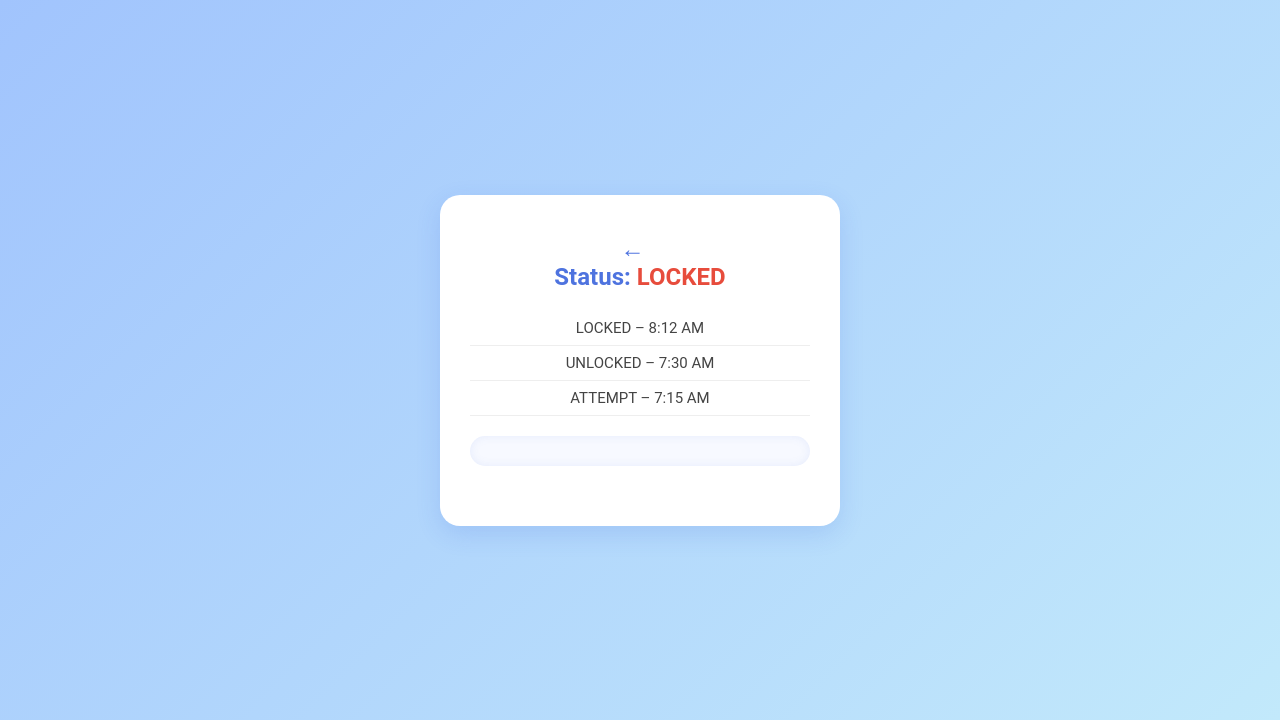
Repository: chaalim/smartlockerapp
Page: smart-locker-app/locker-status.html
The author's editor kept a copy of each file at every save. The page is drawn from the files as they stood at one save, then again after the next save.
The browser window is 1280 px wide. The pictures show the whole page.

Above is the page before, as saved 2025-05-19 15:48:17.

### smart-locker-app/locker-status.html
<!DOCTYPE html>
<html lang="en">
<head>
  <meta charset="UTF-8" />
  <meta name="viewport" content="width=device-width, initial-scale=1.0"/>
  <title>Smart Locker – Status</title>
  <link rel="stylesheet" href="styles.css" />
  <style>
    /* Inline calendar-specific tweaks */
    #calendar {
      width: 100%;
      max-width: 400px;
      margin: 20px auto;
      background: #f7f9ff;
      border-radius: 15px;
      padding: 15px;
      box-shadow: inset 0 0 10px rgba(78, 115, 223, 0.1);
    }
    #calendar table {
      width: 100%;
      border-collapse: collapse;
      text-align: center;
    }
    #calendar th {
      padding: 8px 0;
      font-weight: 600;
      color: #4e73df;
    }
    #calendar td {
      padding: 8px 0;
      border: 1px solid #e0e0e0;
      cursor: pointer;
      transition: background 0.2s;
    }
    #calendar td:hover {
      background: rgba(78, 115, 223, 0.1);
    }
    #calendar .today {
      background: #4e73df;
      color: white;
      border-radius: 50%;
    }
  </style>
</head>
<body>
  <div class="container">
    <button class="back-btn" onclick="goTo('dashboard.html')">←</button>
    <h2>Status: <span class="locked">LOCKED</span></h2>
    <ul id="status-log" class="log-list"></ul>

    <!-- Calendar placeholder -->
    <div id="calendar"></div>
  </div>

  <script src="js/app.js"></script>
</body>
</html>

### smart-locker-app/styles.css
/* ===== Global Styles ===== */
* {
  margin: 0;
  padding: 0;
  box-sizing: border-box;
  font-family: 'Roboto', sans-serif;
}

body {
  background: linear-gradient(135deg, #a1c4fd, #c2e9fb);
  color: #333;
  min-height: 100vh;
  display: flex;
  justify-content: center;
  align-items: center;
  padding: 20px;
}

/* ===== Container ===== */
.container {
  background: #ffffff;
  border-radius: 20px;
  padding: 40px 30px;
  box-shadow: 0 8px 24px rgba(46, 89, 217, 0.15);
  width: 100%;
  max-width: 400px;
  text-align: center;
}

/* ===== Logo ===== */
.logo {
  width: 120px;
  margin-bottom: 25px;
  user-select: none;
}

/* ===== Headings ===== */
h1, h2 {
  font-weight: 700;
  color: #4e73df;
  margin-bottom: 20px;
}

/* ===== Inputs ===== */
.input {
  width: 100%;
  padding: 14px 20px;
  margin: 12px 0;
  border: 1.8px solid #ddd;
  border-radius: 25px;
  font-size: 16px;
  transition: border-color 0.3s ease, box-shadow 0.3s ease;
  outline: none;
}

.input:focus {
  border-color: #4e73df;
  box-shadow: 0 0 8px rgba(78, 115, 223, 0.4);
}

/* ===== Buttons ===== */
.btn {
  width: 100%;
  padding: 14px 0;
  background-color: #4e73df;
  color: white;
  border: none;
  border-radius: 25px;
  font-size: 18px;
  font-weight: 600;
  cursor: pointer;
  margin-top: 20px;
  transition: background-color 0.3s ease;
  user-select: none;
}

.btn:hover {
  background-color: #2e59d9;
}

/* ===== Links ===== */
.link {
  display: inline-block;
  margin-top: 15px;
  color: #4e73df;
  font-weight: 600;
  text-decoration: none;
  font-size: 14px;
  transition: color 0.3s ease;
}

.link:hover {
  text-decoration: underline;
  color: #2e59d9;
}

/* ===== Profile Page Specific ===== */
.profile {
  max-width: 450px;
}

.top-bar {
  display: flex;
  align-items: center;
  justify-content: flex-start;
  margin-bottom: 25px;
}

.back-btn {
  font-size: 24px;
  background: none;
  border: none;
  cursor: pointer;
  color: #4e73df;
  user-select: none;
  margin-right: 15px;
  transition: color 0.3s ease;
}

.back-btn:hover {
  color: #2e59d9;
}

.profile-icon {
  width: 50px;
  height: 50px;
  border-radius: 50%;
  user-select: none;
}

.profile-box {
  text-align: left;
  background: #f7f9ff;
  border-radius: 15px;
  padding: 30px;
  box-shadow: inset 0 0 10px rgba(78, 115, 223, 0.1);
}

.profile-details .detail {
  margin-bottom: 18px;
  font-size: 16px;
  color: #555;
}

.profile-details strong {
  color: #4e73df;
}

.btn-edit, .btn-save {
  background-color: #4e73df;
  color: white;
  border-radius: 25px;
  padding: 12px 25px;
  border: none;
  cursor: pointer;
  font-weight: 600;
  width: 100%;
  margin-top: 20px;
  transition: background-color 0.3s ease;
}

.btn-edit:hover, .btn-save:hover {
  background-color: #2e59d9;
}

/* ===== Notifications ===== */
.notifications {
  max-width: 400px;
  margin: 20px auto 0;
}

.notif {
  background-color: #e9f0ff;
  border-left: 5px solid #4e73df;
  padding: 15px 20px;
  margin-bottom: 15px;
  border-radius: 10px;
  font-size: 15px;
  color: #333;
}

.notif small {
  display: block;
  margin-top: 6px;
  color: #666;
}

/* ===== Locker Status ===== */
.locked {
  color: #e74c3c;
  font-weight: 700;
}

.unlocked {
  color: #27ae60;
  font-weight: 700;
}

.log-list {
  list-style-type: none;
  padding-left: 0;
  font-size: 15px;
  color: #444;
  margin-bottom: 20px;
}

.log-list li {
  padding: 8px 0;
  border-bottom: 1px solid #eee;
}

/* ===== Calendar placeholder ===== */
.calendar {
  background: #f7f9ff;
  padding: 15px;
  border-radius: 15px;
  text-align: center;
  font-size: 16px;
  color: #4e73df;
  box-shadow: inset 0 0 10px rgba(78, 115, 223, 0.1);
}

/* ===== Items Page ===== */
.dashboard-container {
  max-width: 420px;
  margin: 20px auto;
  background: white;
  border-radius: 20px;
  padding: 25px;
  box-shadow: 0 8px 24px rgba(46, 89, 217, 0.15);
  text-align: center;
}

.dashboard-header {
  display: flex;
  justify-content: space-between;
  margin-bottom: 25px;
}

.dashboard-header .icon {
  font-size: 28px;
  cursor: pointer;
  color: #4e73df;
  user-select: none;
  transition: color 0.3s ease;
}

.dashboard-header .icon:hover {
  color: #2e59d9;
}

.dashboard-btn {
  background-color: #4e73df;
  color: white;
  padding: 12px 20px;
  border: none;
  border-radius: 25px;
  font-weight: 600;
  cursor: pointer;
  margin: 10px 0;
  transition: background-color 0.3s ease;
}

.dashboard-btn:hover {
  background-color: #2e59d9;
}

.item-list .item {
  background-color: #f7f9ff;
  border-radius: 25px;
  padding: 12px 20px;
  margin-bottom: 12px;
  display: flex;
  justify-content: space-between;
  align-items: center;
  font-weight: 600;
  color: #4e73df;
}

.btn-remove {
  background-color: #e74c3c;
  border: none;
  color: white;
  padding: 6px 12px;
  border-radius: 20px;
  cursor: pointer;
  font-weight: 600;
  transition: background-color 0.3s ease;
  user-select: none;
}

.btn-remove:hover {
  background-color: #c0392b;
}

/* ===== Miscellaneous ===== */
.text-link {
  color: #4e73df;
  text-decoration: none;
  font-weight: 600;
  margin-top: 15px;
  display: inline-block;
}

.text-link:hover {
  text-decoration: underline;
  color: #2e59d9;
}

/* ===== Responsive ===== */
@media (max-width: 480px) {
  .container, .dashboard-container {
    padding: 30px 20px;
    width: 100%;
    margin: 10px;
  }
}

### smart-locker-app/js/app.js
// ===== Navigation Helpers =====
function goTo(page) {
  window.location.href = page;
}

// Stub for menu toggle (left “hamburger” icon)
function toggleMenu() {
  // e.g., document.querySelector('.sidebar').classList.toggle('open');
  console.log('toggleMenu called');
}

// ===== Authentication =====
function signIn() {
  const emailEl = document.getElementById('signin-email');
  const passEl  = document.getElementById('signin-password');
  const email    = emailEl.value.trim();
  const password = passEl.value.trim();

  if (email && password) {
    alert('Login successful!');
    goTo('dashboard.html');
  } else {
    alert('Please enter your credentials.');
  }
}

function register() {
  const userEl = document.getElementById('reg-username');
  const emailEl= document.getElementById('reg-email');
  const passEl = document.getElementById('reg-password');

  const username = userEl.value.trim();
  const email    = emailEl.value.trim();
  const password = passEl.value.trim();

  if (username && email && password) {
    alert('Registered successfully!');
    goTo('index.html');
  } else {
    alert('Please fill all fields.');
  }
}

// ===== Profile =====
function saveProfile() {
  // TODO: persist changes (e.g. via backend or localStorage)
  alert('Profile updated!');
  goTo('profile.html');
}

// ===== Page-Specific Initialization =====
document.addEventListener('DOMContentLoaded', () => {
  // --- Items Page: add/remove items ---
  const itemForm  = document.getElementById('item-form');
  const itemInput = document.getElementById('item-input');
  const itemList  = document.getElementById('item-list');

  if (itemForm && itemInput && itemList) {
    // Add new item
    itemForm.addEventListener('submit', e => {
      e.preventDefault();
      const value = itemInput.value.trim();
      if (!value) return;

      const div = document.createElement('div');
      div.className = 'item dashboard-btn';
      div.style.display = 'flex';
      div.style.justifyContent = 'space-between';
      div.style.alignItems = 'center';
      div.innerHTML = `
        <span>${value}</span>
        <button class="btn-remove">REMOVE</button>
      `;
      itemList.appendChild(div);

      // Hook up remove button
      div.querySelector('.btn-remove').addEventListener('click', () => {
        div.remove();
      });

      itemInput.value = '';
      itemInput.focus();
    });

    // Remove any pre-existing items
    document.querySelectorAll('.btn-remove').forEach(btn =>
      btn.addEventListener('click', () => btn.parentElement.remove())
    );
  }

  // --- Notifications Page: populate list ---
  const notifsContainer = document.getElementById('notifications-list');
  if (notifsContainer) {
    notifsContainer.innerHTML = '';
    const messages = [
      'Your Smart Locker has been locked.',
      'Item “Laptop” removed successfully.',
      'Unauthorized access attempt detected!'
    ];
    messages.forEach(msg => {
      const d = document.createElement('div');
      d.className = 'notif';
      d.innerHTML = `Smart Locker<br/><small>${msg}</small>`;
      notifsContainer.appendChild(d);
    });
  }

  // --- Locker Status Page: populate log ---
  const statusLog = document.getElementById('status-log');
  if (statusLog) {
    statusLog.innerHTML = '';
    const entries = [
      'LOCKED – 8:12 AM',
      'UNLOCKED – 7:30 AM',
      'ATTEMPT – 7:15 AM'
    ];
    entries.forEach(text => {
      const li = document.createElement('li');
      li.textContent = text;
      statusLog.appendChild(li);
    });
  }
});

After the next save:
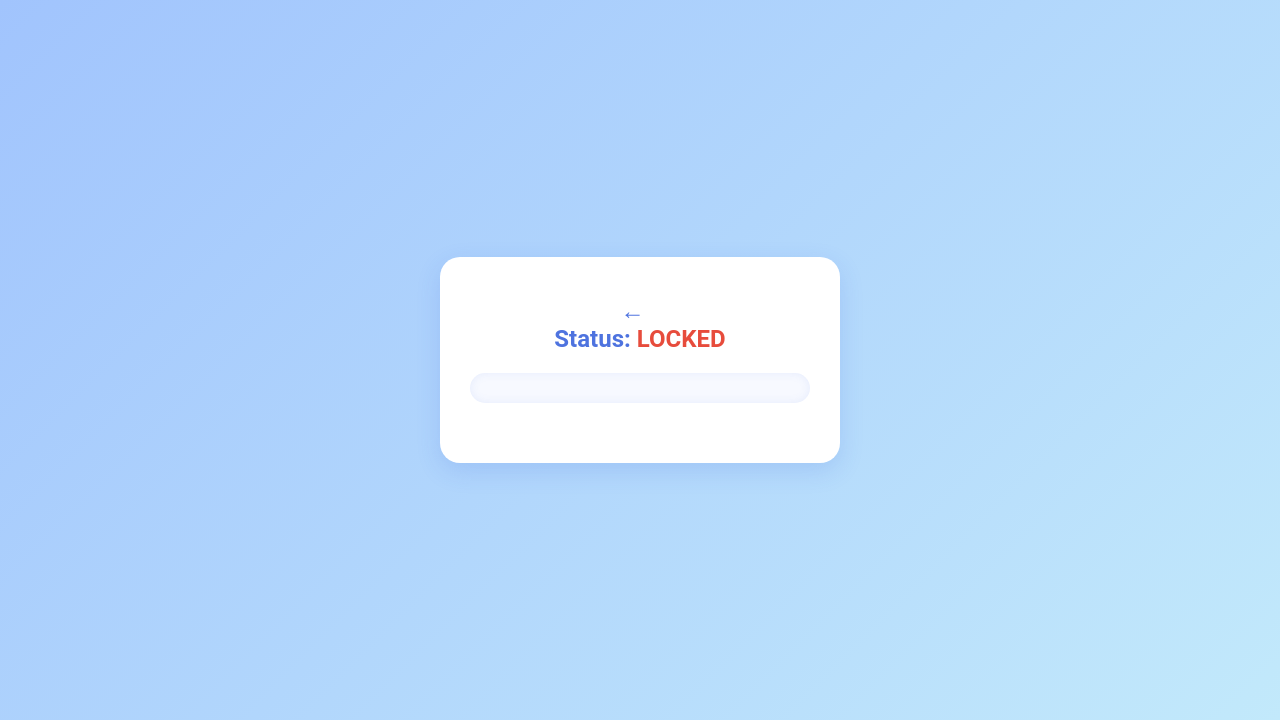
Console error: SyntaxError: Invalid or unexpected token
Saved 12 s later.
--- a/smart-locker-app/js/app.js
+++ b/smart-locker-app/js/app.js
@@ -1,111 +1,4 @@
-// ===== Navigation Helpers =====
-function goTo(page) {
-  window.location.href = page;
-}
-
-// Stub for menu toggle (left “hamburger” icon)
-function toggleMenu() {
-  // e.g., document.querySelector('.sidebar').classList.toggle('open');
-  console.log('toggleMenu called');
-}
-
-// ===== Authentication =====
-function signIn() {
-  const emailEl = document.getElementById('signin-email');
-  const passEl  = document.getElementById('signin-password');
-  const email    = emailEl.value.trim();
-  const password = passEl.value.trim();
-
-  if (email && password) {
-    alert('Login successful!');
-    goTo('dashboard.html');
-  } else {
-    alert('Please enter your credentials.');
-  }
-}
-
-function register() {
-  const userEl = document.getElementById('reg-username');
-  const emailEl= document.getElementById('reg-email');
-  const passEl = document.getElementById('reg-password');
-
-  const username = userEl.value.trim();
-  const email    = emailEl.value.trim();
-  const password = passEl.value.trim();
-
-  if (username && email && password) {
-    alert('Registered successfully!');
-    goTo('index.html');
-  } else {
-    alert('Please fill all fields.');
-  }
-}
-
-// ===== Profile =====
-function saveProfile() {
-  // TODO: persist changes (e.g. via backend or localStorage)
-  alert('Profile updated!');
-  goTo('profile.html');
-}
-
-// ===== Page-Specific Initialization =====
-document.addEventListener('DOMContentLoaded', () => {
-  // --- Items Page: add/remove items ---
-  const itemForm  = document.getElementById('item-form');
-  const itemInput = document.getElementById('item-input');
-  const itemList  = document.getElementById('item-list');
-
-  if (itemForm && itemInput && itemList) {
-    // Add new item
-    itemForm.addEventListener('submit', e => {
-      e.preventDefault();
-      const value = itemInput.value.trim();
-      if (!value) return;
-
-      const div = document.createElement('div');
-      div.className = 'item dashboard-btn';
-      div.style.display = 'flex';
-      div.style.justifyContent = 'space-between';
-      div.style.alignItems = 'center';
-      div.innerHTML = `
-        <span>${value}</span>
-        <button class="btn-remove">REMOVE</button>
-      `;
-      itemList.appendChild(div);
-
-      // Hook up remove button
-      div.querySelector('.btn-remove').addEventListener('click', () => {
-        div.remove();
-      });
-
-      itemInput.value = '';
-      itemInput.focus();
-    });
-
-    // Remove any pre-existing items
-    document.querySelectorAll('.btn-remove').forEach(btn =>
-      btn.addEventListener('click', () => btn.parentElement.remove())
-    );
-  }
-
-  // --- Notifications Page: populate list ---
-  const notifsContainer = document.getElementById('notifications-list');
-  if (notifsContainer) {
-    notifsContainer.innerHTML = '';
-    const messages = [
-      'Your Smart Locker has been locked.',
-      'Item “Laptop” removed successfully.',
-      'Unauthorized access attempt detected!'
-    ];
-    messages.forEach(msg => {
-      const d = document.createElement('div');
-      d.className = 'notif';
-      d.innerHTML = `Smart Locker<br/><small>${msg}</small>`;
-      notifsContainer.appendChild(d);
-    });
-  }
-
-  // --- Locker Status Page: populate log ---
+  // --- Locker Status Page: populate log (existing) ---
   const statusLog = document.getElementById('status-log');
   if (statusLog) {
     statusLog.innerHTML = '';
@@ -120,4 +13,43 @@
       statusLog.appendChild(li);
     });
   }
-});
+
+  // --- Calendar UI for Locker Status Page ---
+  const calendarEl = document.getElementById('calendar');
+  if (calendarEl) {
+    const today = new Date();
+    const year  = today.getFullYear();
+    const month = today.getMonth(); // 0-indexed
+    const firstDay = new Date(year, month, 1).getDay(); // 0 = Sunday
+    const daysInMonth = new Date(year, month + 1, 0).getDate();
+
+    // Weekday headers
+    const weekdays = ['Sun','Mon','Tue','Wed','Thu','Fri','Sat'];
+    let html = '<table><thead><tr>';
+    weekdays.forEach(d => html += `<th>${d}</th>`);
+    html += '</tr></thead><tbody><tr>`;
+
+    // Blank cells before day 1
+    for (let i = 0; i < firstDay; i++) {
+      html += '<td></td>';
+    }
+
+    // Fill in days
+    for (let day = 1; day <= daysInMonth; day++) {
+      const isToday = day === today.getDate();
+      html += `<td class="${isToday ? 'today' : ''}">${day}</td>`;
+      // New row at end of week
+      if ((firstDay + day) % 7 === 0 && day !== daysInMonth) {
+        html += '</tr><tr>';
+      }
+    }
+
+    // Trailing blanks
+    const trailing = (7 - ((firstDay + daysInMonth) % 7)) % 7;
+    for (let i = 0; i < trailing; i++) {
+      html += '<td></td>';
+    }
+
+    html += '</tr></tbody></table>';
+    calendarEl.innerHTML = html;
+  }

After the save that followed:
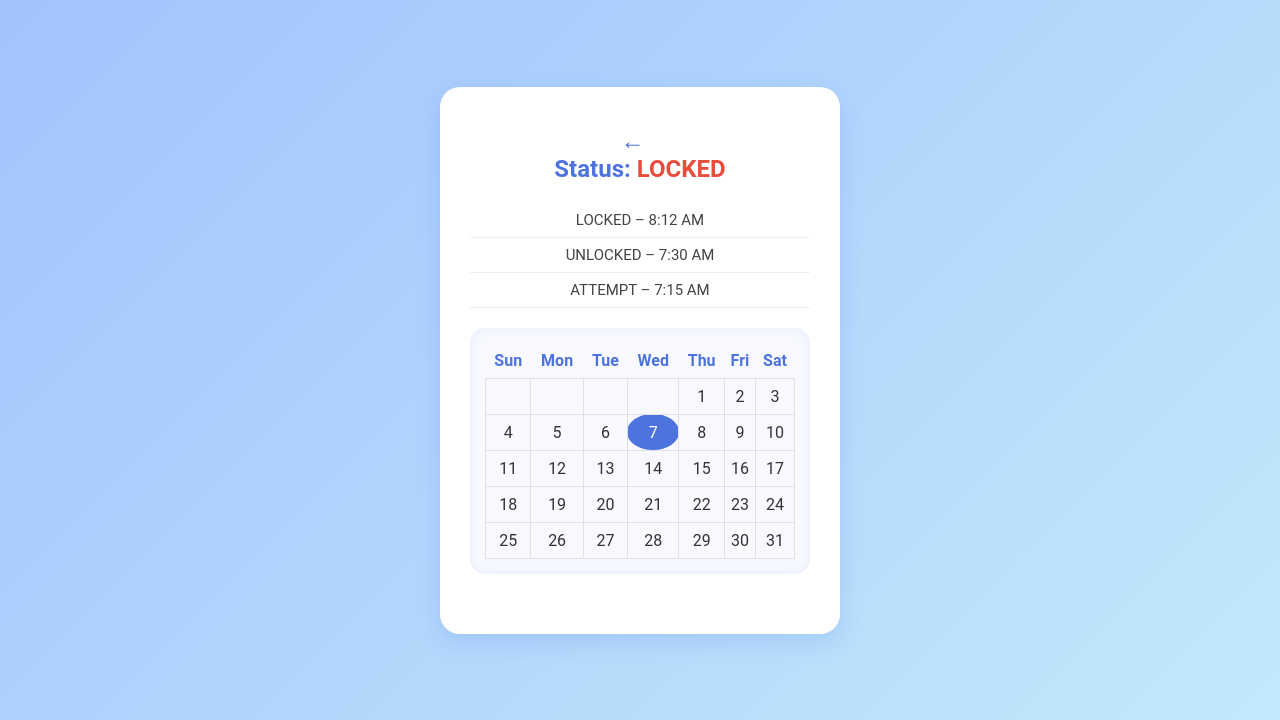
The error is gone.
Saved 104 s later.
--- a/smart-locker-app/js/app.js
+++ b/smart-locker-app/js/app.js
@@ -1,4 +1,111 @@
-  // --- Locker Status Page: populate log (existing) ---
+// ===== Navigation Helpers =====
+function goTo(page) {
+  window.location.href = page;
+}
+
+// Stub for menu toggle (left “hamburger” icon)
+function toggleMenu() {
+  // e.g., document.querySelector('.sidebar').classList.toggle('open');
+  console.log('toggleMenu called');
+}
+
+// ===== Authentication =====
+function signIn() {
+  const emailEl = document.getElementById('signin-email');
+  const passEl  = document.getElementById('signin-password');
+  const email    = emailEl.value.trim();
+  const password = passEl.value.trim();
+
+  if (email && password) {
+    alert('Login successful!');
+    goTo('dashboard.html');
+  } else {
+    alert('Please enter your credentials.');
+  }
+}
+
+function register() {
+  const userEl = document.getElementById('reg-username');
+  const emailEl= document.getElementById('reg-email');
+  const passEl = document.getElementById('reg-password');
+
+  const username = userEl.value.trim();
+  const email    = emailEl.value.trim();
+  const password = passEl.value.trim();
+
+  if (username && email && password) {
+    alert('Registered successfully!');
+    goTo('index.html');
+  } else {
+    alert('Please fill all fields.');
+  }
+}
+
+// ===== Profile =====
+function saveProfile() {
+  // TODO: persist changes (e.g. via backend or localStorage)
+  alert('Profile updated!');
+  goTo('profile.html');
+}
+
+// ===== Page-Specific Initialization =====
+document.addEventListener('DOMContentLoaded', () => {
+  // --- Items Page: add/remove items ---
+  const itemForm  = document.getElementById('item-form');
+  const itemInput = document.getElementById('item-input');
+  const itemList  = document.getElementById('item-list');
+
+  if (itemForm && itemInput && itemList) {
+    // Add new item
+    itemForm.addEventListener('submit', e => {
+      e.preventDefault();
+      const value = itemInput.value.trim();
+      if (!value) return;
+
+      const div = document.createElement('div');
+      div.className = 'item dashboard-btn';
+      div.style.display = 'flex';
+      div.style.justifyContent = 'space-between';
+      div.style.alignItems = 'center';
+      div.innerHTML = `
+        <span>${value}</span>
+        <button class="btn-remove">REMOVE</button>
+      `;
+      itemList.appendChild(div);
+
+      // Hook up remove button
+      div.querySelector('.btn-remove').addEventListener('click', () => {
+        div.remove();
+      });
+
+      itemInput.value = '';
+      itemInput.focus();
+    });
+
+    // Remove any pre-existing items
+    document.querySelectorAll('.btn-remove').forEach(btn =>
+      btn.addEventListener('click', () => btn.parentElement.remove())
+    );
+  }
+
+  // --- Notifications Page: populate list ---
+  const notifsContainer = document.getElementById('notifications-list');
+  if (notifsContainer) {
+    notifsContainer.innerHTML = '';
+    const messages = [
+      'Your Smart Locker has been locked.',
+      'Item “Laptop” removed successfully.',
+      'Unauthorized access attempt detected!'
+    ];
+    messages.forEach(msg => {
+      const d = document.createElement('div');
+      d.className = 'notif';
+      d.innerHTML = `Smart Locker<br/><small>${msg}</small>`;
+      notifsContainer.appendChild(d);
+    });
+  }
+
+  // --- Locker Status Page: populate log ---
   const statusLog = document.getElementById('status-log');
   if (statusLog) {
     statusLog.innerHTML = '';
@@ -14,7 +121,7 @@
     });
   }
 
-  // --- Calendar UI for Locker Status Page ---
+  // --- Locker Status Page: render calendar UI ---
   const calendarEl = document.getElementById('calendar');
   if (calendarEl) {
     const today = new Date();
@@ -27,7 +134,7 @@
     const weekdays = ['Sun','Mon','Tue','Wed','Thu','Fri','Sat'];
     let html = '<table><thead><tr>';
     weekdays.forEach(d => html += `<th>${d}</th>`);
-    html += '</tr></thead><tbody><tr>`;
+    html += '</tr></thead><tbody><tr>';
 
     // Blank cells before day 1
     for (let i = 0; i < firstDay; i++) {
@@ -53,3 +160,4 @@
     html += '</tr></tbody></table>';
     calendarEl.innerHTML = html;
   }
+});
